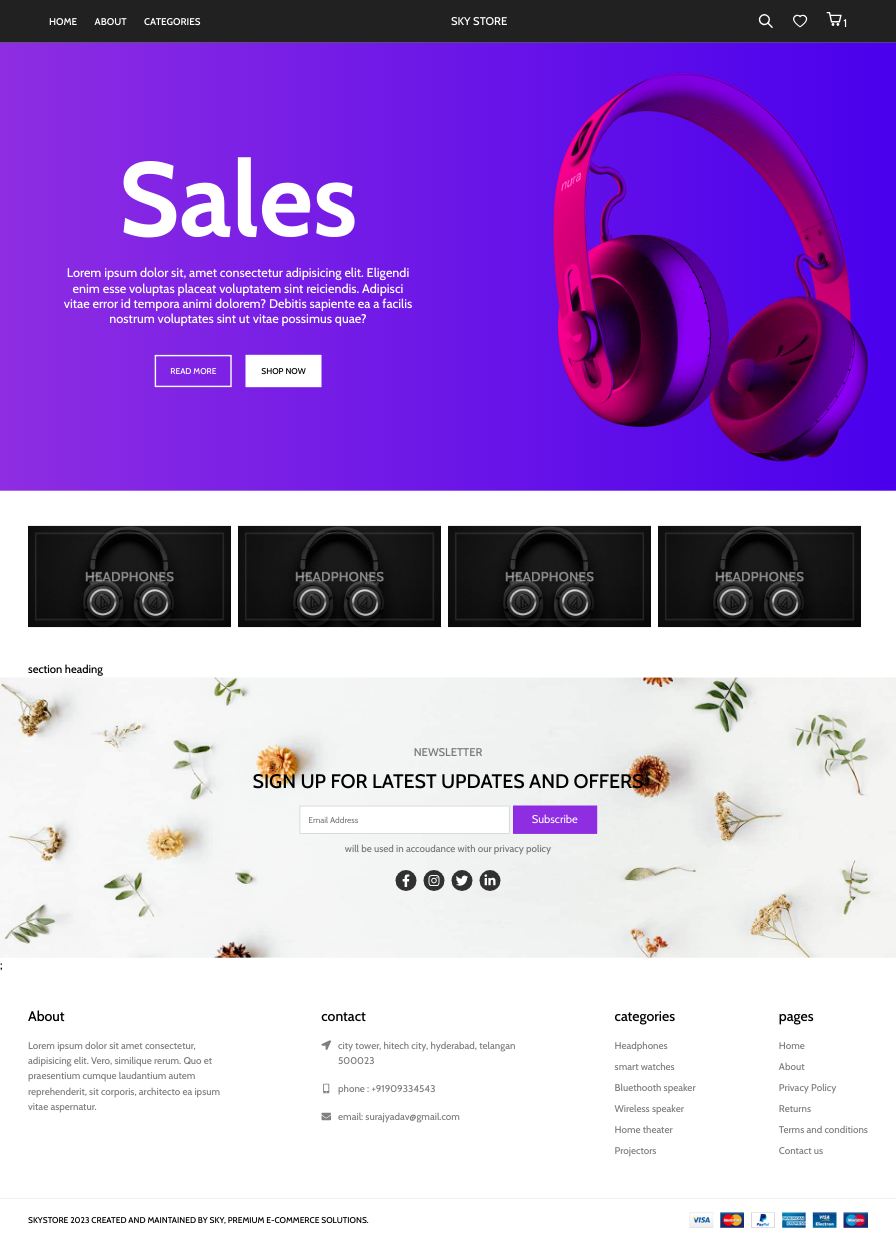
Repository: suraj-yadav7/ecommerce
Page: /
The author's editor kept a copy of each file at every save. The page is drawn from the files as they stood at one save, then again after the next save.
The browser window is 1280 px wide. The pictures show the whole page, at 70% of full size.
The project was rebuilt for these pictures with package versions that can differ from the ones it lists, and the page was loaded fresh each time. Also part of the build but not shown: src/components/Products/Product/Product.scss, src/components/Products/Products.scss, src/components/Category/Category.scss, src/components/Category/Category.jsx, src/components/SingleProduct/SingleProduct.scss, src/components/SingleProduct/SingleProduct.jsx, src/App.scss, src/components/Header/Search/Search.scss and 3 more.

Above is the page before, as saved 2023-06-19 11:41:33.

After the next save:
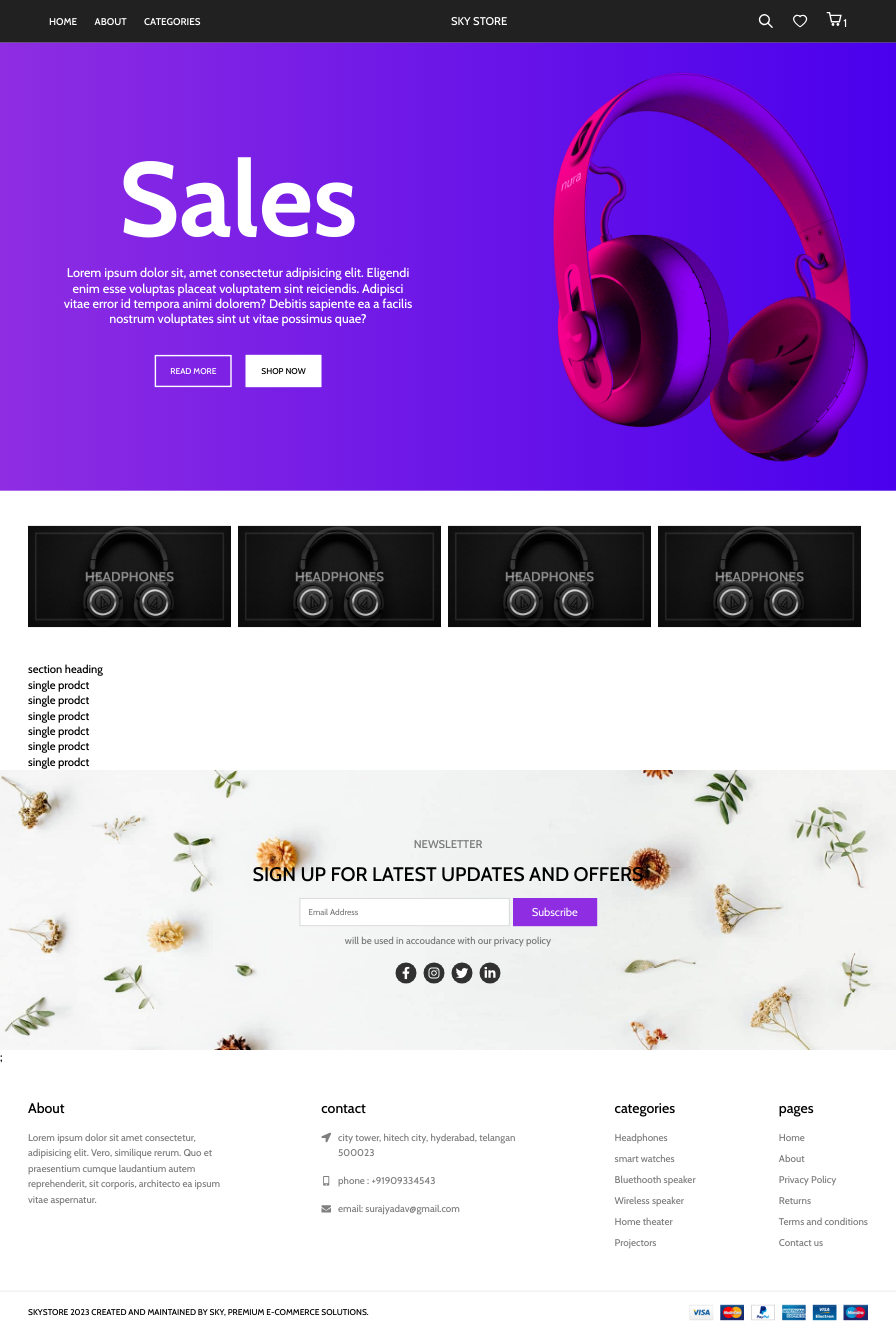
Saved 8 s later.
--- a/src/components/Products/Products.jsx
+++ b/src/components/Products/Products.jsx
@@ -7,6 +7,12 @@
         <div className="products-container">
             <div className="sec-heading">section heading</div>
             <div className="products">
+                <Product />
+                <Product />
+                <Product />
+                <Product />
+                <Product />
+                <Product />
             </div>
         </div>
         </>
